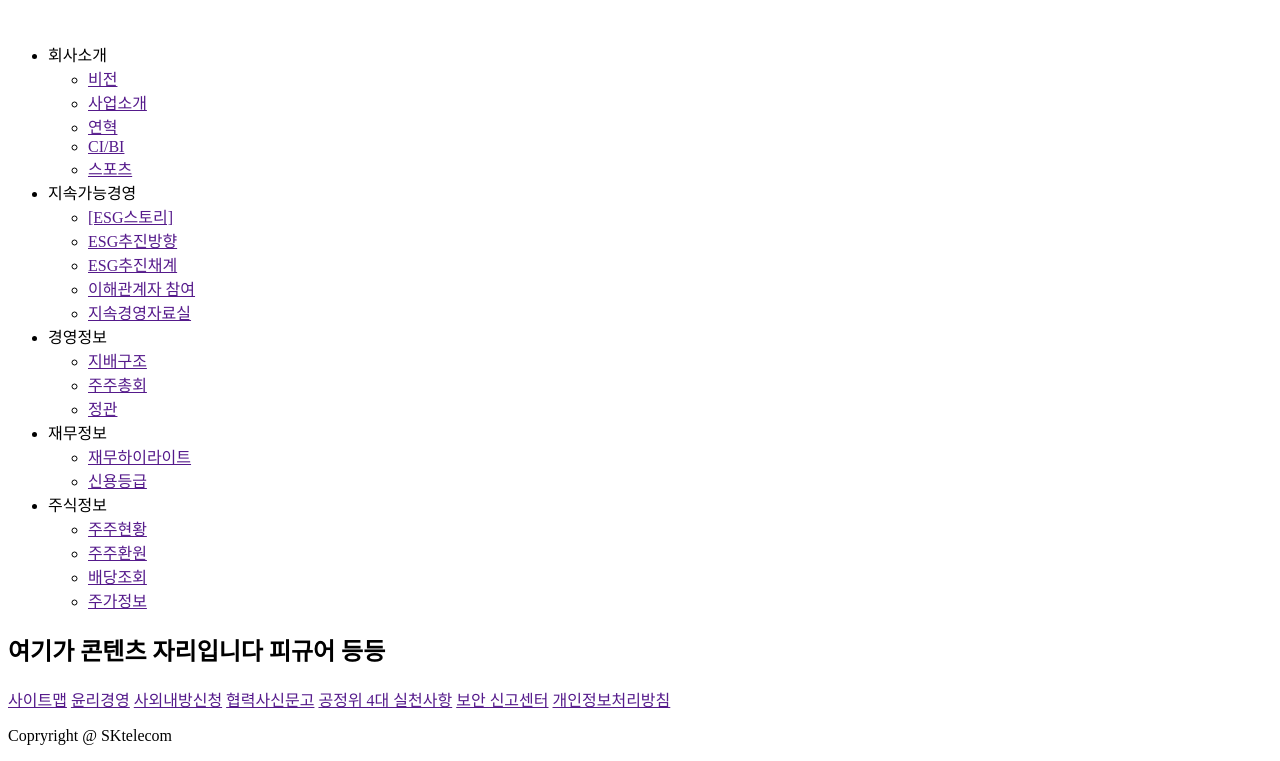
Repository: star-min/jsp_basic
Page: http://localhost/web01/
An editor plug-in stored every save of this project. The page is shown before and after the next save, followed by the edit.
The browser window is 1280 px wide. The pictures show the whole page.
The page is served by Tomcat 9.

Above is the page before, as saved 2022-04-20 08:06:34.

### jsp1/web01/src/main/webapp/index.jsp
<%@ page language="java" contentType="text/html; charset=UTF-8"
    pageEncoding="UTF-8"%>
    <%-- 	<%@ = 페이지 디랙티브 	--%>
<!DOCTYPE html>
<html>
<head>
<meta charset="UTF-8">
<title>서버 페이지 테스트</title>
</head>
<body>
<div class="wrap"></div>
<header id="hd">
	<div class="hd_wrap">
		<%@ include file="nav.jsp" %>
	</div>
</header>
<div class="content">
	<h2>여기가 콘텐츠 자리입니다 피규어 등등</h2>
</div>
<footer id="ft">
	<%@ include file="ft.jsp" %>
</footer>
</body>
</html>

### jsp1/web01/src/main/webapp/nav.jsp
<%@ page language="java" contentType="text/html; charset=UTF-8"
    pageEncoding="UTF-8"%>
<%		// <% = 스크립트릿(scriptlet)
	String[] dp1 = {"회사소개","지속가능경영","경영정보","재무정보","주식정보"};
	String[][] dp2 = {{"비전","사업소개","연혁","CI/BI","스포츠"},
			{"[ESG스토리]","ESG추진방향","ESG추진채계","이해관계자 참여","지속경영자료실"},
			{"지배구조", "주주총회","정관"},
			{"재무하이라이트","신용등급"},
			{"주주현황","주주환원","배당조회","주가정보"}
	};

%>
<%--    	 <%= 표현식(expression)%>		 --%>
<a class="Logo" herf="index.jsp"><img alt="" src=""></a>
<nav id="gnb">
	<ul>
	<% for(int i=0;i<dp1.length;i++){ %>
		<li>
			<span class="dp1"><%=dp1[i]%></span>
			<ul class="sub">
			<% for(int j=0;j<dp2[i].length;j++){ %>
				<li><a class="dp2" href=""><%= dp2[i][j] %></a></li>
			<%} %>
			</ul>
		</li>
	<% } %>
	</ul>
</nav>

### jsp1/web01/src/main/webapp/ft.jsp
<%@ page language="java" contentType="text/html; charset=UTF-8"
    pageEncoding="UTF-8"%>

    <%
    	String[] fnb = {"사이트맵","윤리경영","사외내방신청","협력사신문고","공정위 4대 실천사항","보안 신고센터","개인정보처리방침"};
    	String[] sub = {"페이스북","유튜브","네이버 포스트"};
    	String[] iclass = {"xi-facebook","xi-youtube-play","xi=naver"};
    %>
    <div class="ft_wrap">
    	<nav class="fnb">
    		<% for(int i=0;i<fnb.length;i++){ %>
    			<a href=""><%= fnb[i] %></a>
    		<% } %>

    		<p class="copyright"> Copryright @ SKtelecom </p>
    	</nav>
    </div>

After the next save:
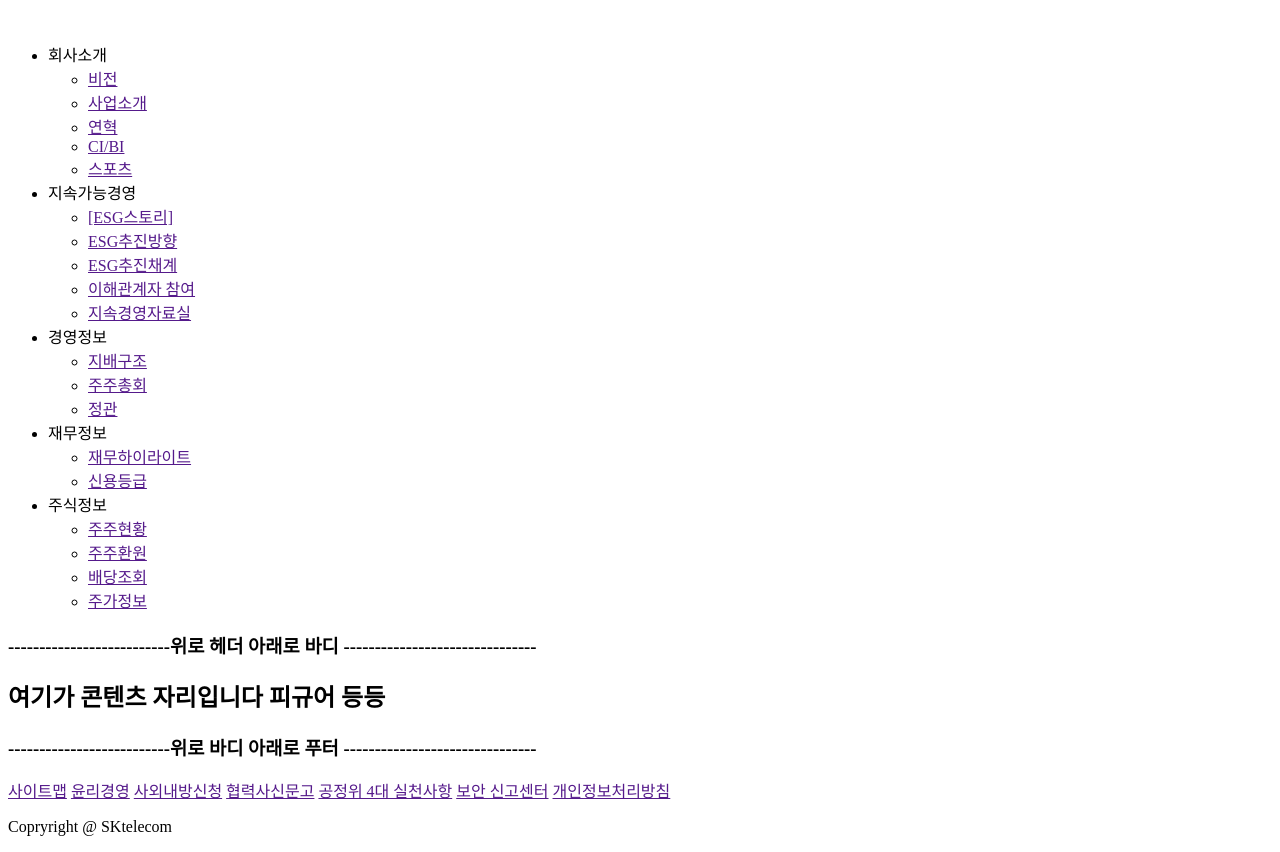
Saved 3 min 36 s later.
--- a/jsp1/web01/src/main/webapp/index.jsp
+++ b/jsp1/web01/src/main/webapp/index.jsp
@@ -15,7 +15,9 @@
 	</div>
 </header>
 <div class="content">
+<h3>--------------------------위로 헤더 아래로 바디 -------------------------------</h3>
 	<h2>여기가 콘텐츠 자리입니다 피규어 등등</h2>
+<h3>--------------------------위로 바디 아래로 푸터 -------------------------------</h3>
 </div>
 <footer id="ft">
 	<%@ include file="ft.jsp" %>
